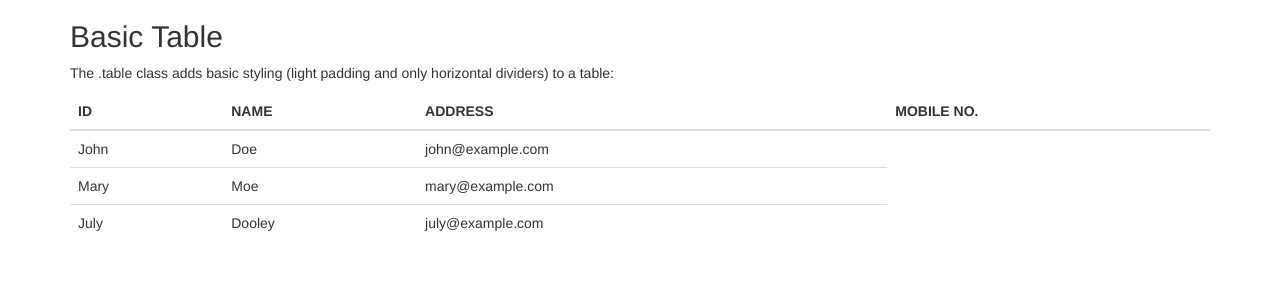
Repository: priyankateli27/priyanka
Page: SirAssignment/src/main/webapp/Entry_table.html
These files come from the project's save history. The page is drawn as it stood at one moment and after the next save; the edit follows.
The browser window is 1280 px wide. The pictures show the whole page.

Above is the page before, as saved 2016-07-14 11:24:36.

After the next save:
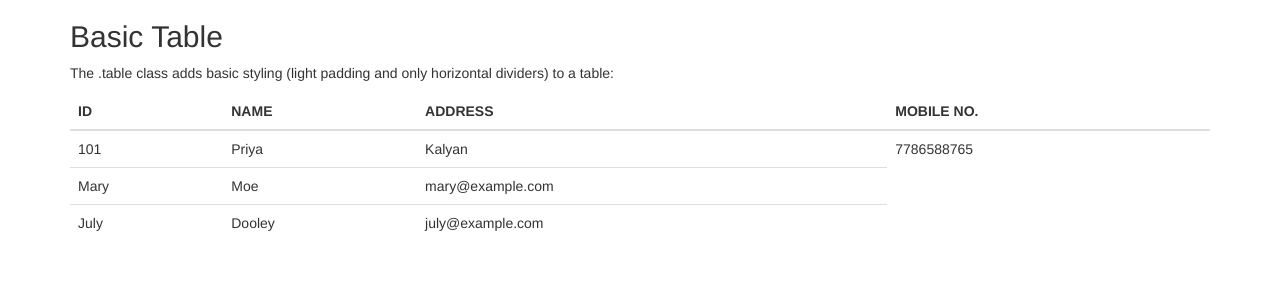
Saved 76 s later.
--- a/SirAssignment/src/main/webapp/Entry_table.html
+++ b/SirAssignment/src/main/webapp/Entry_table.html
@@ -24,9 +24,10 @@
     </thead>
     <tbody>
       <tr>
-        <td>John</td>
-        <td>Doe</td>
-        <td>john@example.com</td>
+        <td>101</td>
+        <td>Priya</td>
+        <td>Kalyan</td>
+        <td>7786588765</td>
       </tr>
       <tr>
         <td>Mary</td>
